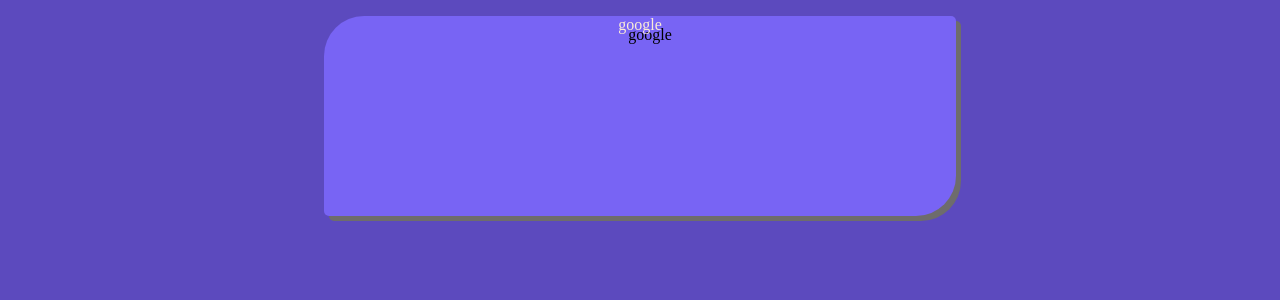
Repository: Aakarshit-Sharma19/Basic-HTML-and-CSS-Page-
Page: index.html
An editor plug-in stored every save of this project. The page is shown before and after the next save, followed by the edit.
The browser window is 1280 px wide. The pictures show the whole page.

Above is the page before, as saved 2020-11-08 11:03:21.

### index.html
<!DOCTYPE html>
<html lang="en">

<head>
    <meta charset="UTF-8">
    <meta name="viewport" content="width=device-width, initial-scale=1.0">
    <title>Document</title>
    <style>
        html {
            background-color: #5c4abe;
        }
        .shape {
            margin: auto;
            text-align: center;
            width: 50%;
            height: 200px;
            background: #7864F4;
            border-radius: 40px 5px 40px 5px;
            box-shadow: 5px 5px #6e6c6c;
        }
        .shape_text{
            color: antiquewhite;
            text-shadow: 10px 10px black;
        }
    </style>
</head>
<header>
</header>

<body>
    <div class="shape" onclick="alert('hi')">
        <p class="shape_text">google</p>
    </div>
</body>

</html>

After the next save:
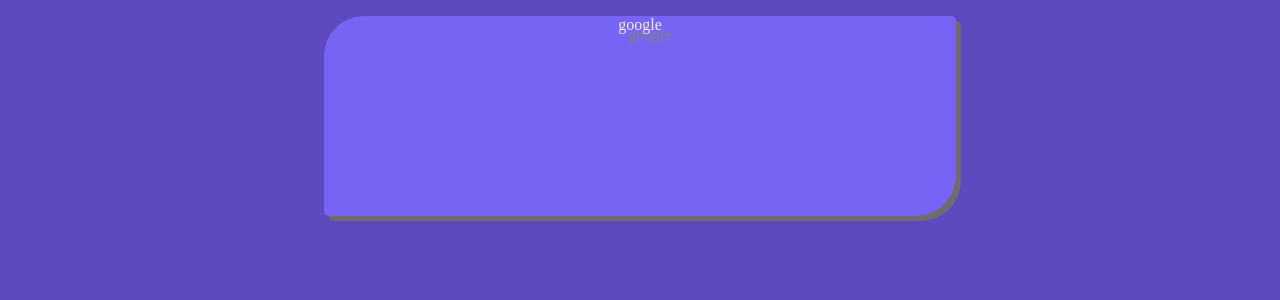
Saved 9 s later.
--- a/index.html
+++ b/index.html
@@ -20,7 +20,7 @@
         }
         .shape_text{
             color: antiquewhite;
-            text-shadow: 10px 10px black;
+            text-shadow: 10px 10px grey;
         }
     </style>
 </head>
